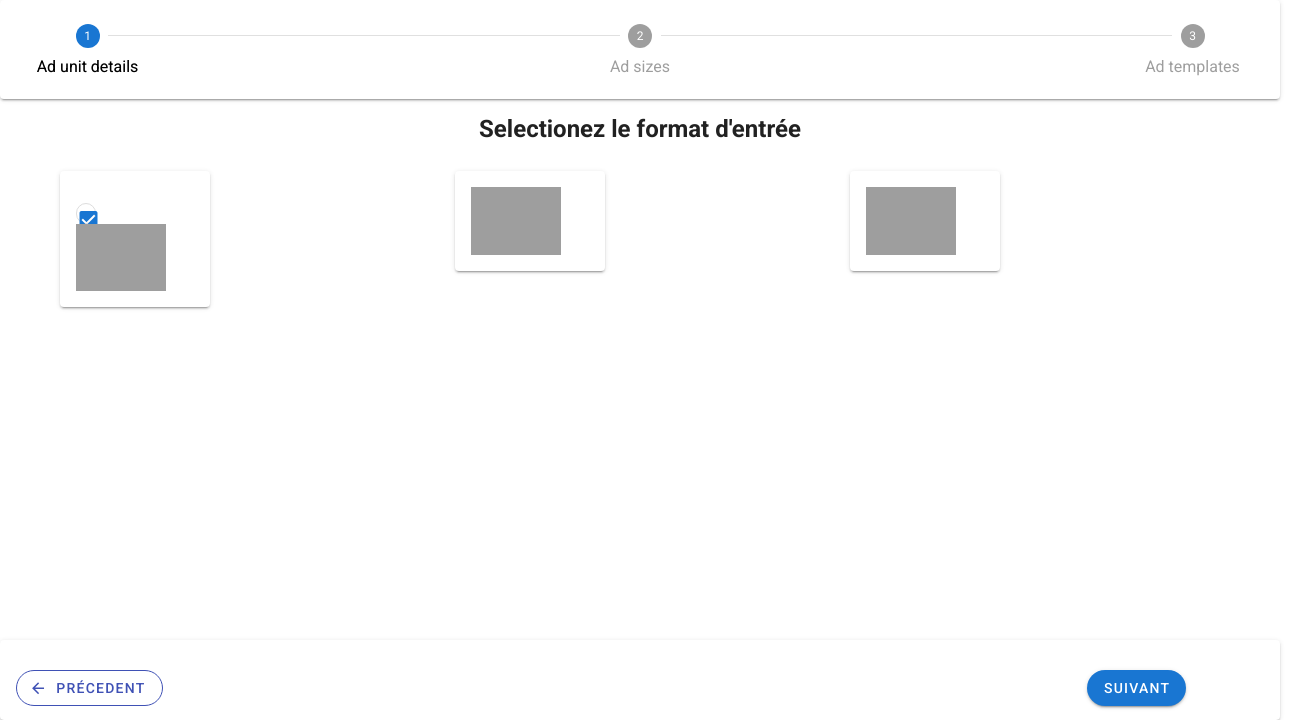
Repository: SidneyHodieb/myc
Page: /addsource/format
An editor plug-in stored every save of this project. The page is shown before and after the next save, followed by the edit.
The browser window is 1280 px wide. The page is 1292 px wide, so the pictures cover 1292 px, including what lies to the right of the window. The pictures show the whole page.
Pictures or frames that could not be fetched are drawn as grey boxes. The project was rebuilt for these pictures with package versions that can differ from the ones it lists, and the page was loaded fresh each time. Also part of the build but not shown: vue.config.js, src/views/Home.vue, src/views/addSource/components/card.vue, src/views/addSource/components/trigger.vue.

Above is the page before, as saved 2021-04-03 20:30:51.

### src/App.vue
<template>
  <v-app>
    <v-main>
      <router-view></router-view>
    </v-main>
  </v-app>
</template>

<script>

export default {
  name: 'App',
  data: () => ({
    //
  }),
};
</script>

### src/router/index.js
import Vue from 'vue'
import VueRouter from 'vue-router'
import Home from '../views/Home.vue'
import addSource from '../views/addSource/column'
import format from '../views/addSource/components/format'
import card from '../views/addSource/components/card'
import trigger from '../views/addSource/components/trigger'

Vue.use(VueRouter)

const routes = [
  {
    path: '/',
    name: 'Home',
    component: Home
  },
  {
    path: '/addsource',
    name: 'addSource',
    component: addSource,
    children: [
      {
        path: 'format',
        component: format
      },
      {
        path: 'card',
        component: card
      },
      {
        path: 'trigger',
        component: trigger
      }
    ]
  },
  {
    path: '/about',
    name: 'About',
    // route level code-splitting
    // this generates a separate chunk (about.[hash].js) for this route
    // which is lazy-loaded when the route is visited.
    component: function () {
      return import(/* webpackChunkName: "about" */ '../views/About.vue')
    }
  }
]

const router = new VueRouter({
  mode: 'history',
  base: process.env.BASE_URL,
  routes
})

export default router

### src/views/addSource/column.vue
<template>
  <div>
    <!-- Header -->
      <v-stepper alt-labels>
          <v-stepper-header>
            <v-stepper-step step="1">
              Ad unit details
            </v-stepper-step>

            <v-divider></v-divider>

            <v-stepper-step step="2">
              Ad sizes
            </v-stepper-step>

            <v-divider></v-divider>

            <v-stepper-step step="3">
              Ad templates
            </v-stepper-step>
          </v-stepper-header>
        </v-stepper>

        <!-- Content -->
        <router-view></router-view>
        <!--Footer  -->

<v-card class="card-bottom">

    <v-row>
       <v-col>
       <v-btn
       class="ml-4"
      rounded
      outlined
      color="indigo"
    >
     <v-icon left>
        mdi-arrow-left
      </v-icon>
      Précedent
    </v-btn>
       </v-col>

  <v-col offset-md="8" offset-sm="8">
      <v-btn
      rounded
      color="primary"
      dark
    >
      Suivant
    </v-btn>
      </v-col>
      </v-row>
    </v-card>

  </div>
</template>

<script>
export default {

}
</script>

<style lang="scss" scoped>

.card-bottom{
  position: absolute;bottom: 0;width:100%; height: 50px; padding-bottom:50px; padding-top:30px
}

</style>

### src/views/addSource/components/format.vue
<template>
  <v-container grid-list-md>
    <v-row>
      <v-col md="12" sm="12" class="text-center">
        <h2>Selectionez le format d'entrée</h2>
      </v-col>
      <v-col>
        <v-card width="150">
          <v-card-text>
            <div> <v-checkbox class="checkbox-round"
      v-model="checkbox"
    ></v-checkbox>
          <v-img
           width="90"
            src="https://www.flaticon.com/svg/vstatic/svg/786/786788.svg?token=exp=1617473650~hmac=f02174a0ee444bdd71a855da4ad95c3d"
        ></v-img>
        </div>
         </v-card-text>
        </v-card>
      </v-col>
      <v-col>
        <v-card width="150">
          <v-card-text>
          <v-img
           width="90"
            src="https://www.flaticon.com/svg/vstatic/svg/786/786788.svg?token=exp=1617473650~hmac=f02174a0ee444bdd71a855da4ad95c3d"
        ></v-img>
         </v-card-text>
        </v-card>
      </v-col>
      <v-col>
        <v-card width="150">
           <v-card-text>
          <v-img
           width="90"
            src="https://www.flaticon.com/svg/vstatic/svg/786/786788.svg?token=exp=1617473650~hmac=f02174a0ee444bdd71a855da4ad95c3d"
        ></v-img>
         </v-card-text>
        </v-card>
      </v-col>
    </v-row>
  </v-container>
</template>

<script>
export default {
  data () {
      return {
        checkbox: true,
      }
    },
}
</script>

<style lang="scss" scoped>

.checkbox-round {
    width: 1.3em;
    height: 1.3em;
    background-color: white;
    border-radius: 50%;
    vertical-align: middle;
    border: 1px solid #ddd;
    -webkit-appearance: none;
    outline: none;
    cursor: pointer;
}
</style>

Loaded but not shown: public/index.html (common file); src/main.js (common file); src/store/index.js (common file); src/plugins/vuetify.js (common file)

After the next save:
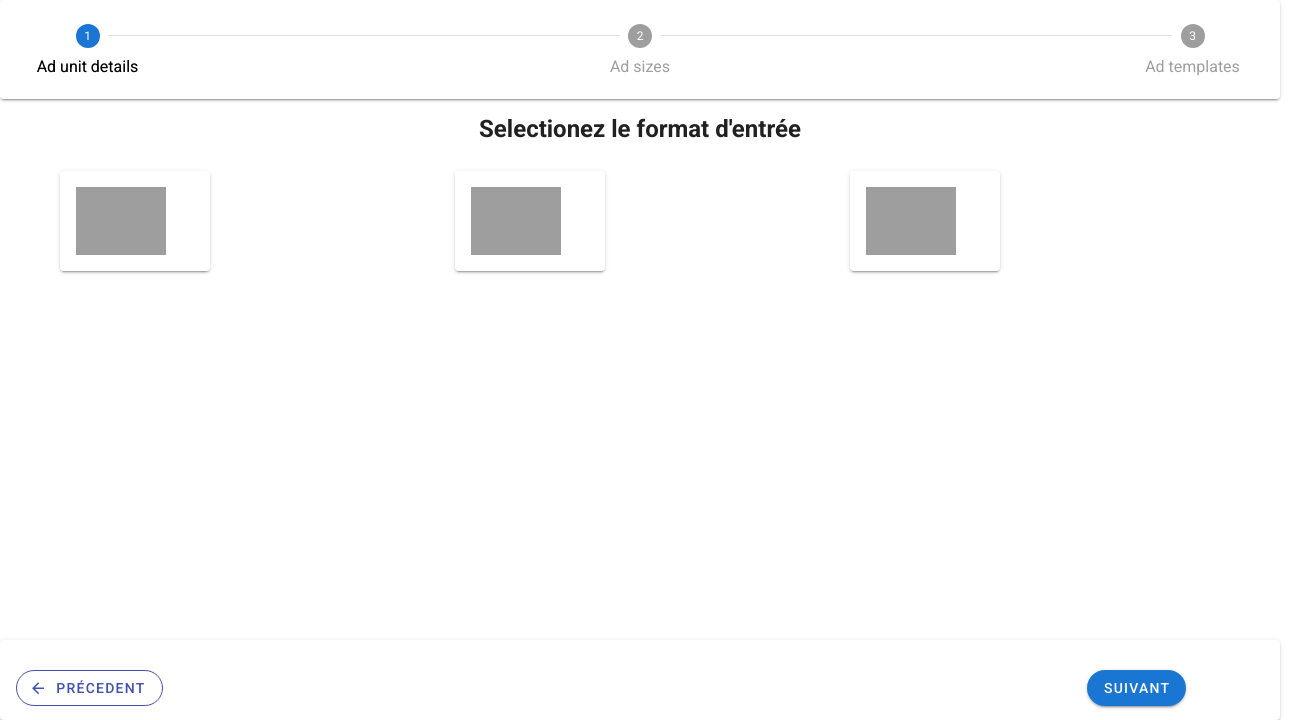
Saved 14 s later.
--- a/src/views/addSource/components/format.vue
+++ b/src/views/addSource/components/format.vue
@@ -7,9 +7,7 @@
       <v-col>
         <v-card width="150">
           <v-card-text>
-            <div> <v-checkbox class="checkbox-round"
-      v-model="checkbox"
-    ></v-checkbox>
+            <div>
           <v-img
            width="90"
             src="https://www.flaticon.com/svg/vstatic/svg/786/786788.svg?token=exp=1617473650~hmac=f02174a0ee444bdd71a855da4ad95c3d"
